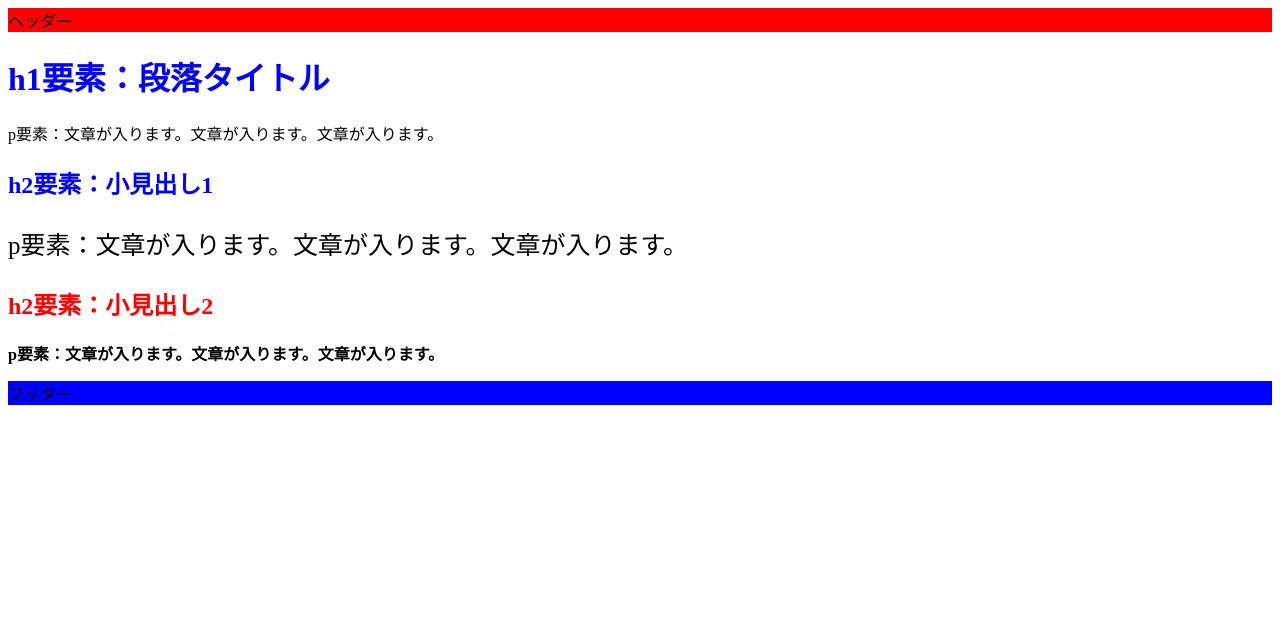
Repository: royal3773/samurai_HTML-CSS
Page: index.html
The author's editor kept a record of every edit. The page is drawn from the files as they stood at one moment, then again after the next edit.
The browser window is 1280 px wide. The pictures show the whole page.

Above is the page before.

### index.html
<!DOCTYPE html>
<html lang="ja">
  <head>
    <meta charset="UTF-8">
    <title>HTML/CSSの学習</title>
    <link rel="stylesheet" href="stylesheet.css">
    <style>
      header{
        background-color: red;
      }
      footer {
        background-color: blue;
      }
    </style>
  </head>
  <body>
    <header>ヘッダー</header>

    <h1 class="blue">h1要素：段落タイトル</h1>
    <p>p要素：文章が入ります。文章が入ります。文章が入ります。</p>
    <h2 class="blue">h2要素：小見出し1</h2>
    <p class="fs-25">
      p要素：文章が入ります。文章が入ります。文章が入ります。
    </p>
    <h2 id="red">h2要素：小見出し2</h2>
    <p class="fw-bold">
      p要素：文章が入ります。文章が入ります。文章が入ります。
    </p>
    <footer>フッター</footer>
  </body>
 </html>

### stylesheet.css
@charset"utf-8";

#red {
  color: red;
}
.blue {
  color: blue;
}
.fs-25 {
  font-size: 25px;
}
.fw-bold {
  font-weight: bold;
}

After the next edit:
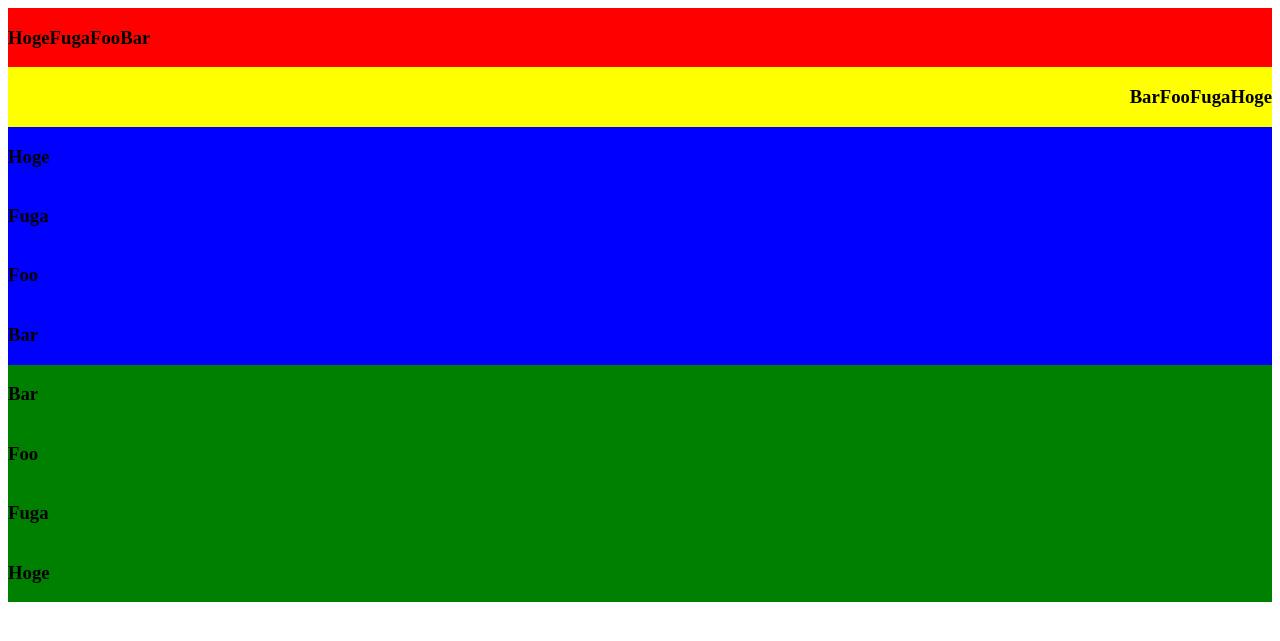
The edit:
--- a/index.html
+++ b/index.html
@@ -1,31 +1,58 @@
-<!DOCTYPE html>
 <html lang="ja">
-  <head>
-    <meta charset="UTF-8">
-    <title>HTML/CSSの学習</title>
-    <link rel="stylesheet" href="stylesheet.css">
-    <style>
-      header{
-        background-color: red;
-      }
-      footer {
-        background-color: blue;
-      }
-    </style>
-  </head>
-  <body>
-    <header>ヘッダー</header>
+    <head>
+        <style>
+            #sort {
+                display: flex;
+                flex-direction: row;
+                background-color: red;
+            }
 
-    <h1 class="blue">h1要素：段落タイトル</h1>
-    <p>p要素：文章が入ります。文章が入ります。文章が入ります。</p>
-    <h2 class="blue">h2要素：小見出し1</h2>
-    <p class="fs-25">
-      p要素：文章が入ります。文章が入ります。文章が入ります。
-    </p>
-    <h2 id="red">h2要素：小見出し2</h2>
-    <p class="fw-bold">
-      p要素：文章が入ります。文章が入ります。文章が入ります。
-    </p>
-    <footer>フッター</footer>
-  </body>
- </html>
+            #reverse {
+                display: flex;
+                flex-direction: row-reverse;
+                background-color: yellow;
+            }
+
+            #column {
+                display: flex;
+                flex-direction: column;
+                background-color: blue;
+            }
+
+            #column-reverse {
+                display: flex;
+                flex-direction: column-reverse;
+                background-color: green;
+            }
+        </style>
+    </head>
+    <body>
+        <div id="sort">
+            <h3>Hoge</h3>
+            <h3>Fuga</h3>
+            <h3>Foo</h3>
+            <h3>Bar</h3>
+        </div>
+
+        <div id="reverse">
+            <h3>Hoge</h3>
+            <h3>Fuga</h3>
+            <h3>Foo</h3>
+            <h3>Bar</h3>
+        </div>
+
+        <div id="column">
+            <h3>Hoge</h3>
+            <h3>Fuga</h3>
+            <h3>Foo</h3>
+            <h3>Bar</h3>
+        </div>
+
+        <div id="column-reverse">
+            <h3>Hoge</h3>
+            <h3>Fuga</h3>
+            <h3>Foo</h3>
+            <h3>Bar</h3>
+        </div>
+    </body>
+</html>
